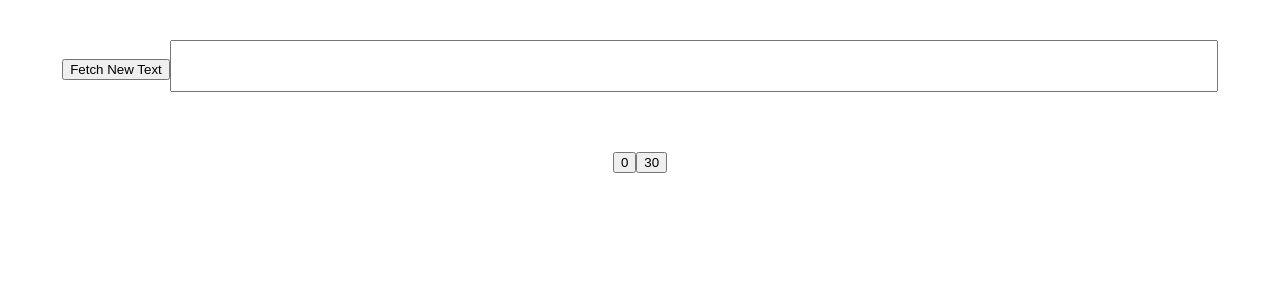
Repository: abhaysharma20233009/swiftKey
Page: / (app in frontend/my-app/)
These files come from the project's save history. The page is drawn as it stood at one moment and after the next save; the edit follows.
The browser window is 1280 px wide. The pictures show the whole page.
The page's requests for data from a server got no answer. The project was rebuilt for these pictures with package versions that can differ from the ones it lists, and the page was loaded fresh each time. No one was signed in, and anything a server would have sent is missing. Also part of the build but not shown: frontend/my-app/src/Results.js.

Above is the page before, as saved 2024-10-10 09:42:09.

After the next save:
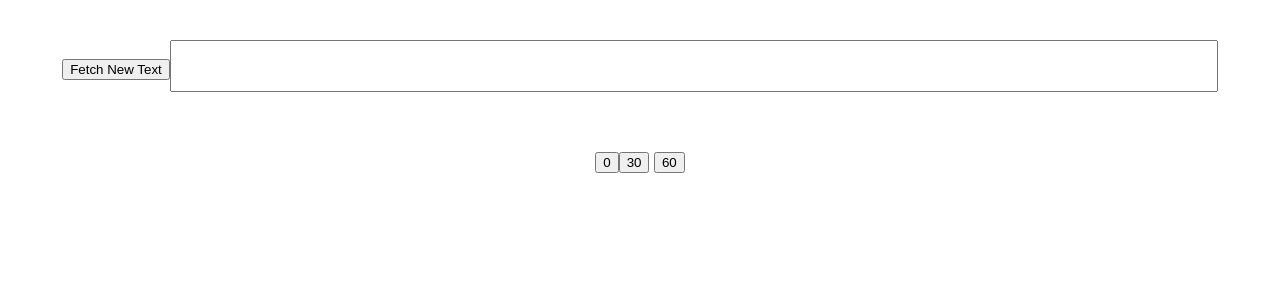
Saved 74 s later.
--- a/frontend/my-app/src/Swifts.js
+++ b/frontend/my-app/src/Swifts.js
@@ -84,6 +84,7 @@ function Swifts() {
             </div>
             <button>{currentWordIndex}</button>
             <button onClick={() => setTime(30)}>30</button> {/* Update to use function */}
+            <button onClick={() => setTime(60)}>60</button> {/* Update to use function */}
         </div>
     );
 }
